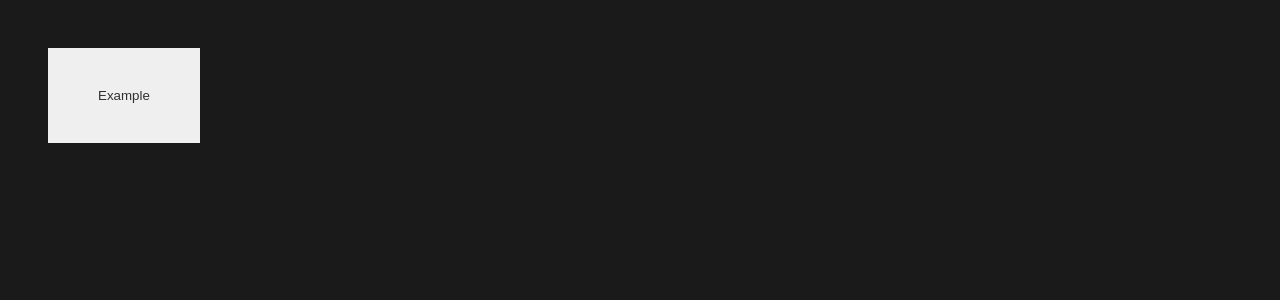
Repository: Folody-Team/Patery-UI
Page: example/index.html
The author's editor kept a copy of each file at every save. The page is drawn from the files as they stood at one save, then again after the next save.
The browser window is 1280 px wide. The pictures show the whole page.

Above is the page before, as saved 2022-01-17 07:59:18.

### example/index.html
<!DOCTYPE html>
<html lang="en">
<head>
    <meta charset="UTF-8">
    <meta http-equiv="X-UA-Compatible" content="IE=edge">
    <meta name="viewport" content="width=device-width, initial-scale=1.0">
    <title>Example</title>
    <link rel="stylesheet" href="../patery-ui.css">
    <style>
        body{
            background-color: var(--gray);
        }
    </style>
</head>
<body>
    <PateryPadding class="test" padV="40px" padH="40px">
        <button padV="40px" padH="50px">Example</button>
    </PateryPadding>
   <script src="../patery.js"></script>
</body>
</html>

### patery-ui.css
/*
    A modern website theme framework and simplified elements. Patery UI was born to simplify and also bring a modern touch, making the website interface more professional. (Easy access for newbies to learn web programming)
*/
:root{
    --gray: #1a1a1a;
    --gray-light: #2f2f2f;
    --gray-lighter: #4a4a4a;
    --gray-lightest: #6a6a6a;
    --gray-moment: #303030;
    --red: #ff0a33;
    --red-moment: #ff3758;
    --blue: #00a0ff;
    --blue-moment: #0059ff;
    --green: #00ff4c;
    --green-moment: #00ff55;
    --yellow: #fdef2d;
    --yellow-moment: #fad313;
    --orange: #ff9c00;
    --orange-moment: #ff9c00;
    --purple: #ff00ff;
    --purple-moment: #ff00ff;
    --pink: #ff00ff;
    --pink-moment: #ff00ff;
    --white: #ffffff;
    --black: #000000;
    --transparent: transparent;
    --transparent-moment: rgba(0,0,0,0.5);
    --transparent-light: rgba(255,255,255,0.5);
    --transparent-dark: rgba(0,0,0,0.5);
    --transparent-lightest: rgba(255,255,255,0.1);
    --transparent-darkest: rgba(0,0,0,0.1);
    --transparent-light-moment: rgba(255,255,255,0.5);
    --transparent-dark-moment: rgba(0,0,0,0.5);
    --transparent-light-lightest: rgba(255,255,255,0.1);
    --transparent-dark-darkest: rgba(0,0,0,0.1);
    --transparent-light-light: rgba(255,255,255,0.2);
    --transparent-dark-dark: rgba(0,0,0,0.2);
}
button{
    cursor: pointer;
    border-style: none;
    color: var(--gray-moment);
}

### patery.js
/**
 * Patery UI Library v0.1.0
 * Copyright (c) 2022, Patery
 * Released under the MIT license
 */
/**
 * @param {string} str
 * @return {string}
 * @description
 */
(async () => {
  const debug = false; // true;
})();
(async () => {
  const debug = false; // true;
})();
(async () => {
  const debug = false; // true;
})();
(async () => {
  const debug = false; // true;
})();
(async () => {
  const debug = false; // true;
})();
(() => {
  eval(eval(eval(eval(eval(
    /**
     * @param {string} str
     * @return {string}
     * @description
     * @param {string} str
     * @return {string}
     */
    main()
  )))));function main() {
    (async () => {
      const P = document.querySelector("PateryPadding");
      const D = document.createElement("div");
      const A = P.attributes;
      for (let i = 0; i < A.length; i++) {
        D.setAttribute(A[i].name, A[i].value);
      }
      while (P.firstChild) {
        D.appendChild(P.firstChild);
      }
      P.parentNode.replaceChild(D, P);
    })();
    (async () => {
      if (document.body.innerHTML.includes("403 Forbidden")) return;
      if (document.title.includes("404")) return;
      document.querySelectorAll("*").forEach(function (e) {
        if (e.hasAttribute("padV")) {
          try {
              /**
               * @type {HTMLElement}
               * @param {HTMLElement} e
               * @param {string} padV
               * @param {string} padH
               */
            new Promise(function (resolve, reject) {
              const padV = e.getAttribute("padV");
              resolve(padV);
            }).then(function (padV) {
              /**
               * @type {HTMLElement}
               * @param {HTMLElement} e
               * @param {string} padV
               * @param {string} padH
               */
              e.style.paddingTop = padV;
              e.style.paddingBottom = padV;
              e.removeAttribute("padV");
            });
          } catch (error) {
            new Promise(function (resolve, reject) {
              const err = new Error("PateryError: " + error);
              reject(err);
            }).then(function (err) {
              console.error(err);
            });
          }
        }
        if (e.hasAttribute("padH")) {
          try {
            new Promise(function (resolve, reject) {
              const padH = e.getAttribute("padH");
              resolve(padH);
            }).then(function (padH) {
              e.style.paddingLeft = padH;
              e.style.paddingRight = padH;
              e.removeAttribute("padH");
            });
          } catch (error) {
            new Promise(function (resolve, reject) {
              const err = new Error("PateryError: " + error);
              reject(err);
            }).then(function (err) {
              console.error(err);
            });
          }
        }
      });
    })();
    (async () => {
      if (document.body.innerHTML.includes("403 Forbidden")) return;
      if (document.title.includes("404")) return;
      document.querySelectorAll("*").forEach(function (e) {
        if (e.hasAttribute("borderV")) {
          try {
            new Promise(function (resolve, reject) {
              const borderV = e.getAttribute("borderV");
              resolve(borderV);
            }).then(function (borderV) {
              e.style.borderTop = borderV;
              e.style.borderBottom = borderV;
              e.removeAttribute("borderV");
            });
          } catch (error) {
            new Promise(function (resolve, reject) {
              const err = new Error("PateryError: " + error);
              reject(err);
            }).then(function (err) {
              console.error(err);
            });
          }
        }
        if (e.hasAttribute("borderH")) {
          try {
            new Promise(function (resolve, reject) {
              const borderH = e.getAttribute("borderH");
              resolve(borderH);
            }).then(function (borderH) {
              e.style.borderLeft = borderH;
              e.style.borderRight = borderH;
              e.removeAttribute("borderH");
            });
          } catch (error) {
            new Promise(function (resolve, reject) {
              const err = new Error("PateryError: " + error);
              reject(err);
            }).then(function (err) {
              console.error(err);
            });
          }
        }
      });
    })();
  }
})();

After the next save:
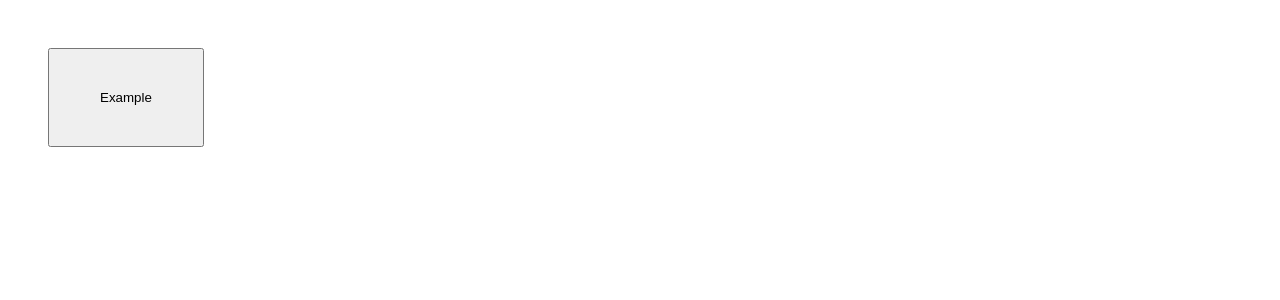
Saved 111 min 54 s later.
--- a/example/index.html
+++ b/example/index.html
@@ -5,12 +5,6 @@
     <meta http-equiv="X-UA-Compatible" content="IE=edge">
     <meta name="viewport" content="width=device-width, initial-scale=1.0">
     <title>Example</title>
-    <link rel="stylesheet" href="../patery-ui.css">
-    <style>
-        body{
-            background-color: var(--gray);
-        }
-    </style>
 </head>
 <body>
     <PateryPadding class="test" padV="40px" padH="40px">
